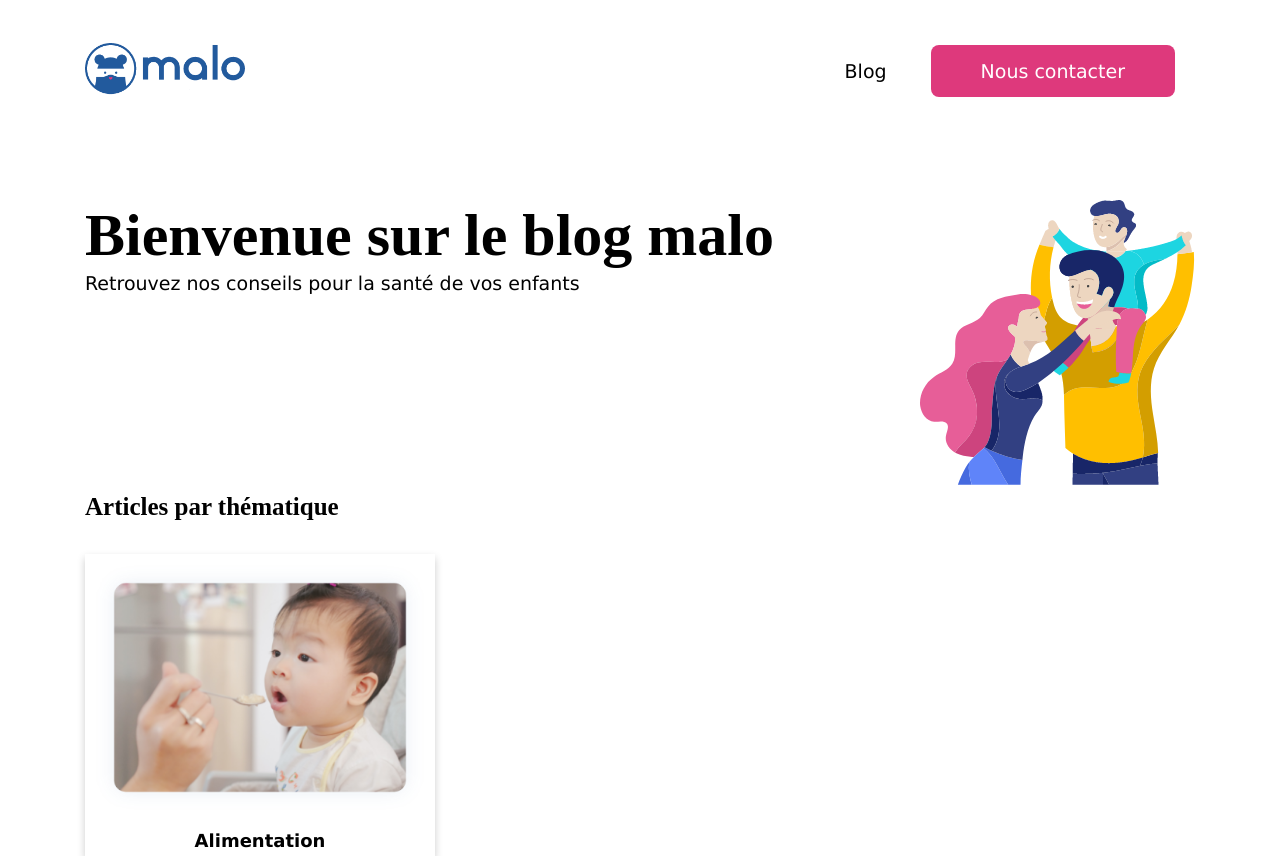
Repository: carbone-dev/keli-malo
Page: blog.html
These files come from the project's save history. The page is drawn as it stood at one moment and after the next save; the edit follows.
The browser window is 1280 px wide. The pictures show the whole page.

Above is the page before, as saved 2020-12-09 14:07:07.

After the next save:
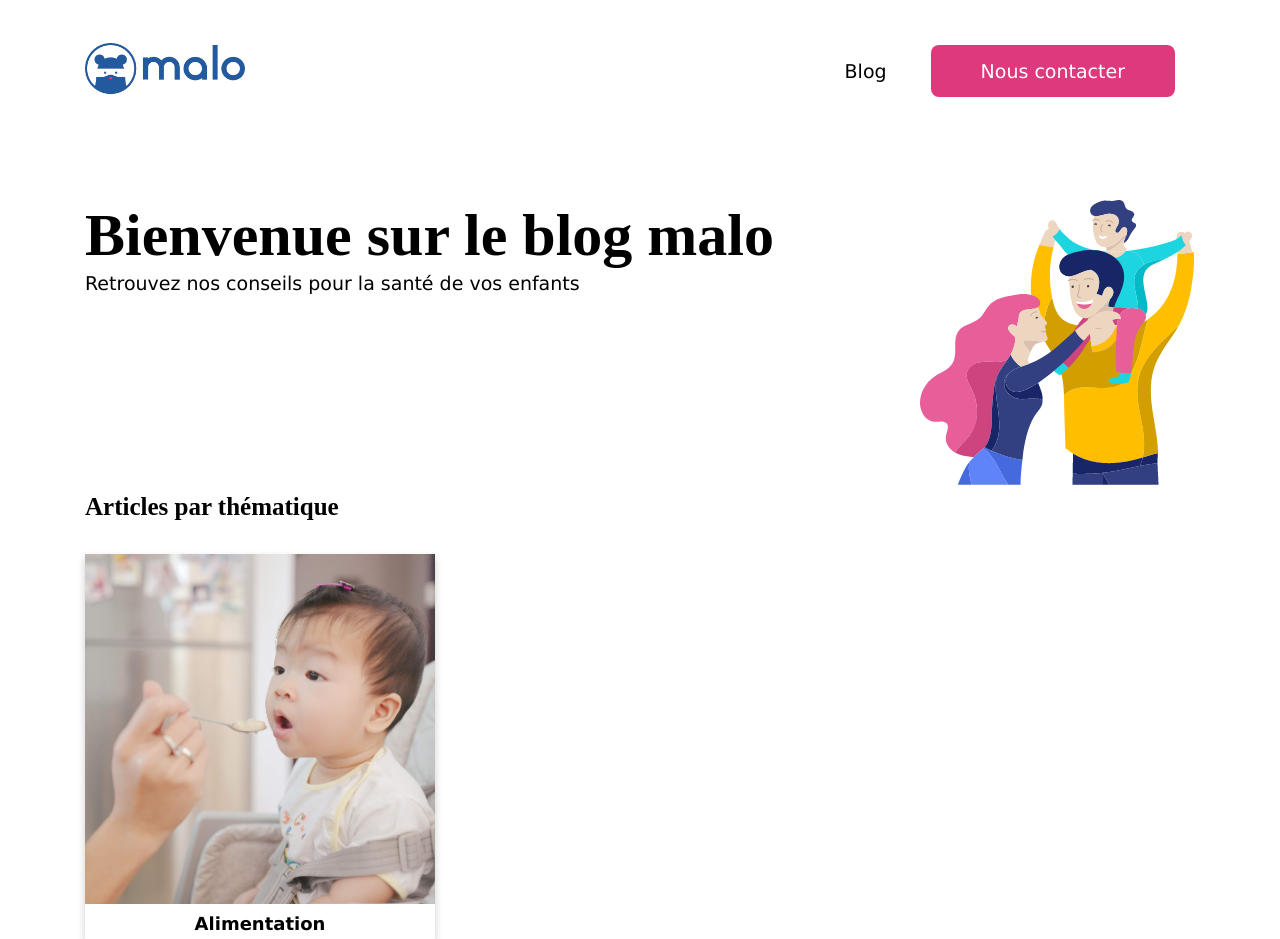
Saved 74 s later.
--- a/blog.html
+++ b/blog.html
@@ -74,7 +74,7 @@
             <div class="row">
                 <div class="col-md-4">
                     <div class="card">
-                        <img src="img/blog-theme-1.png" alt="Avatar" style="width:100%">
+                        <img src="img/blog-theme-1.jpg" alt="Avatar" style="width:100%">
                         <div class="card-content">
                             <p class="card-title">Alimentation</p>
                         </div>
